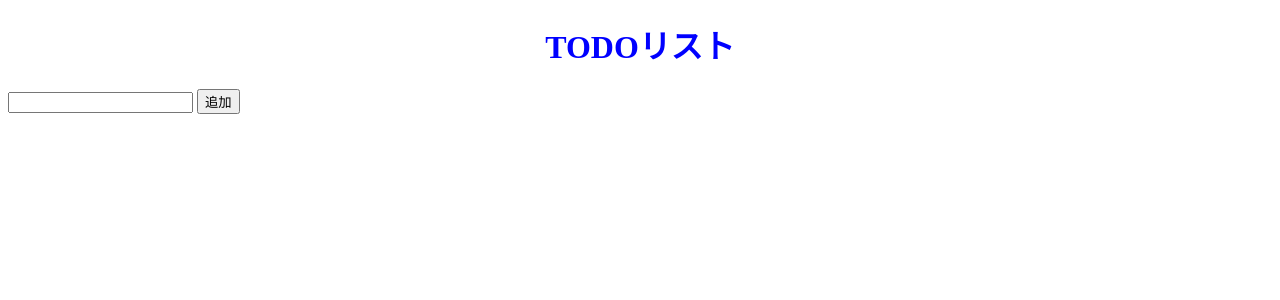
Repository: kntb2565/todolist
Page: src/index.html
An editor plug-in stored every save of this project. The page is shown before and after the next save, followed by the edit.
The browser window is 1280 px wide. The pictures show the whole page.

Above is the page before, as saved 2018-10-21 14:02:10.

After the next save:
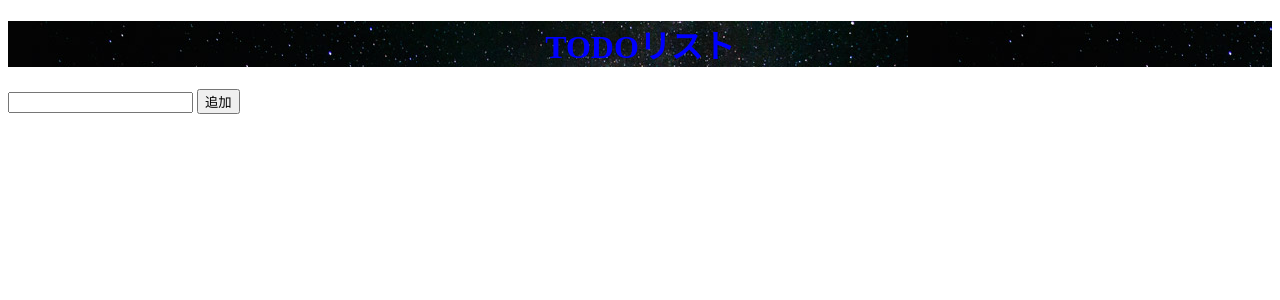
Saved 11 s later.
--- a/src/css/styles.css
+++ b/src/css/styles.css
@@ -1,6 +1,8 @@
 h1{
  color: blue;
  text-align: center;
+ background-image: url(img/utyu3.jpg);
+
 }
 
  .todo{

After the save that followed:
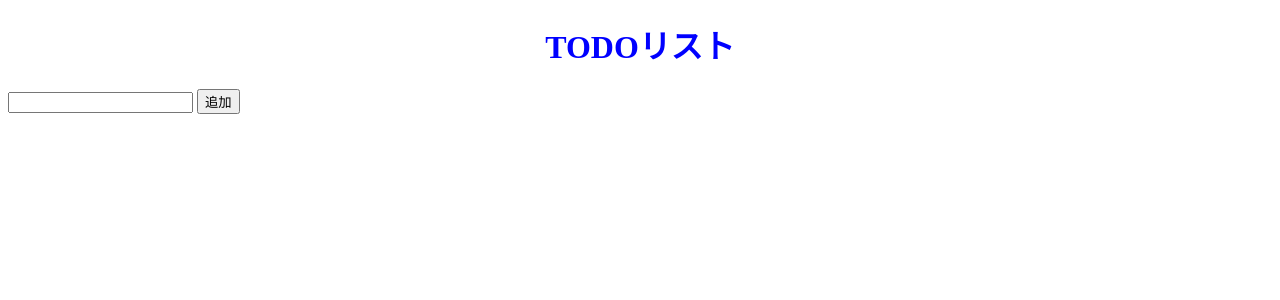
Saved 21 s later.
--- a/src/css/styles.css
+++ b/src/css/styles.css
@@ -1,8 +1,6 @@
 h1{
  color: blue;
  text-align: center;
- background-image: url(img/utyu3.jpg);
-
 }
 
  .todo{
